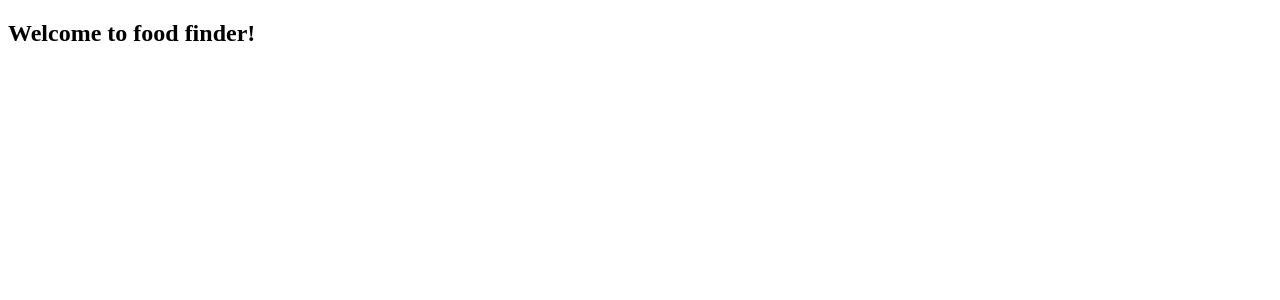
Repository: ratanparmar/receipesearch
Page: /
An editor plug-in stored every save of this project. The page is shown before and after a run of saves, followed by the edit.
The browser window is 1280 px wide. The pictures show the whole page.
The project was rebuilt for these pictures with package versions that can differ from the ones it lists, and the page was loaded fresh each time.

Above is the page before, as saved 2019-12-10 14:09:33.

### src/index.js
import React from 'react'
import ReactDOM from 'react-dom'
import App from './components/App'
ReactDOM.render( <App/>,document.getElementById('root'))

### src/components/App.js
import React , { Component } from 'react'



class App extends Component{
    render(){
        return(
            <div>
                <h2> Welcome to food finder!
                </h2>
            </div>
        )
    }
}

export default App;

### src/components/Searchbar.js
import React,{ Component } from 'react'
import {Form, FormControl,FormGroup,ControlLabel,Button} from 'react-bootstrap'

class Searchbar extends Component{
    render(){
        return(
            <Form inline>
                <FormGroup>
                    <ControlLabel>Ingredients</ControlLabel>
                        <FormControl type="text" placeholder='garlic,chicken'/>
                </FormGroup>
                <FormGroup>

                </FormGroup>
            </Form>
        )
    }
}
export default Searchbar;

Loaded but not shown: public/index.html (common file)

After the next 3 saves:
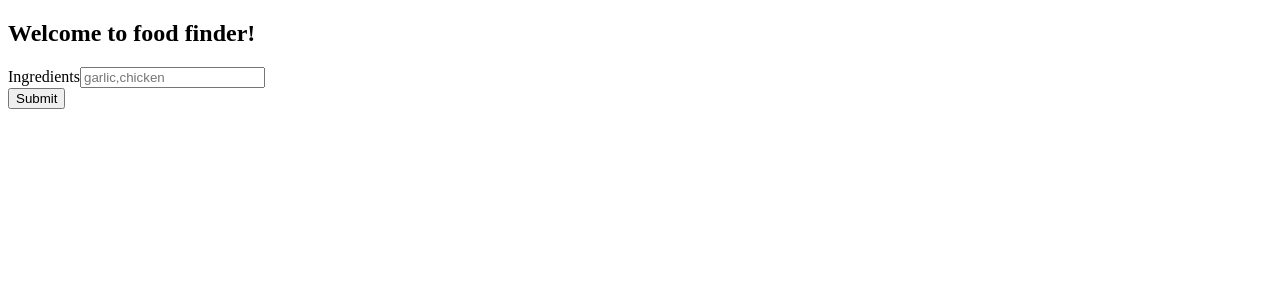
The 3 saves are shown as one change because 2 did not build or start.
The last was saved 16 min 11 s later.
--- a/src/components/App.js
+++ b/src/components/App.js
@@ -1,6 +1,6 @@
 import React , { Component } from 'react'
 
-
+import Searchbar from './Searchbar'
 
 class App extends Component{
     render(){
@@ -8,6 +8,9 @@ class App extends Component{
             <div>
                 <h2> Welcome to food finder!
                 </h2>
+                <div>
+                    <Searchbar/>
+                </div>
             </div>
         )
     }
--- a/src/components/Searchbar.js
+++ b/src/components/Searchbar.js
@@ -1,17 +1,18 @@
 import React,{ Component } from 'react'
-import {Form, FormControl,FormGroup,ControlLabel,Button} from 'react-bootstrap'
+import {Form, FormControl,FormGroup,FormLabel,Button} from 'react-bootstrap'
 
 class Searchbar extends Component{
     render(){
         return(
             <Form inline>
                 <FormGroup>
-                    <ControlLabel>Ingredients</ControlLabel>
+                    <FormLabel>Ingredients</FormLabel>
                         <FormControl type="text" placeholder='garlic,chicken'/>
                 </FormGroup>
                 <FormGroup>
 
                 </FormGroup>
+                <Button >Submit</Button>
             </Form>
         )
     }
